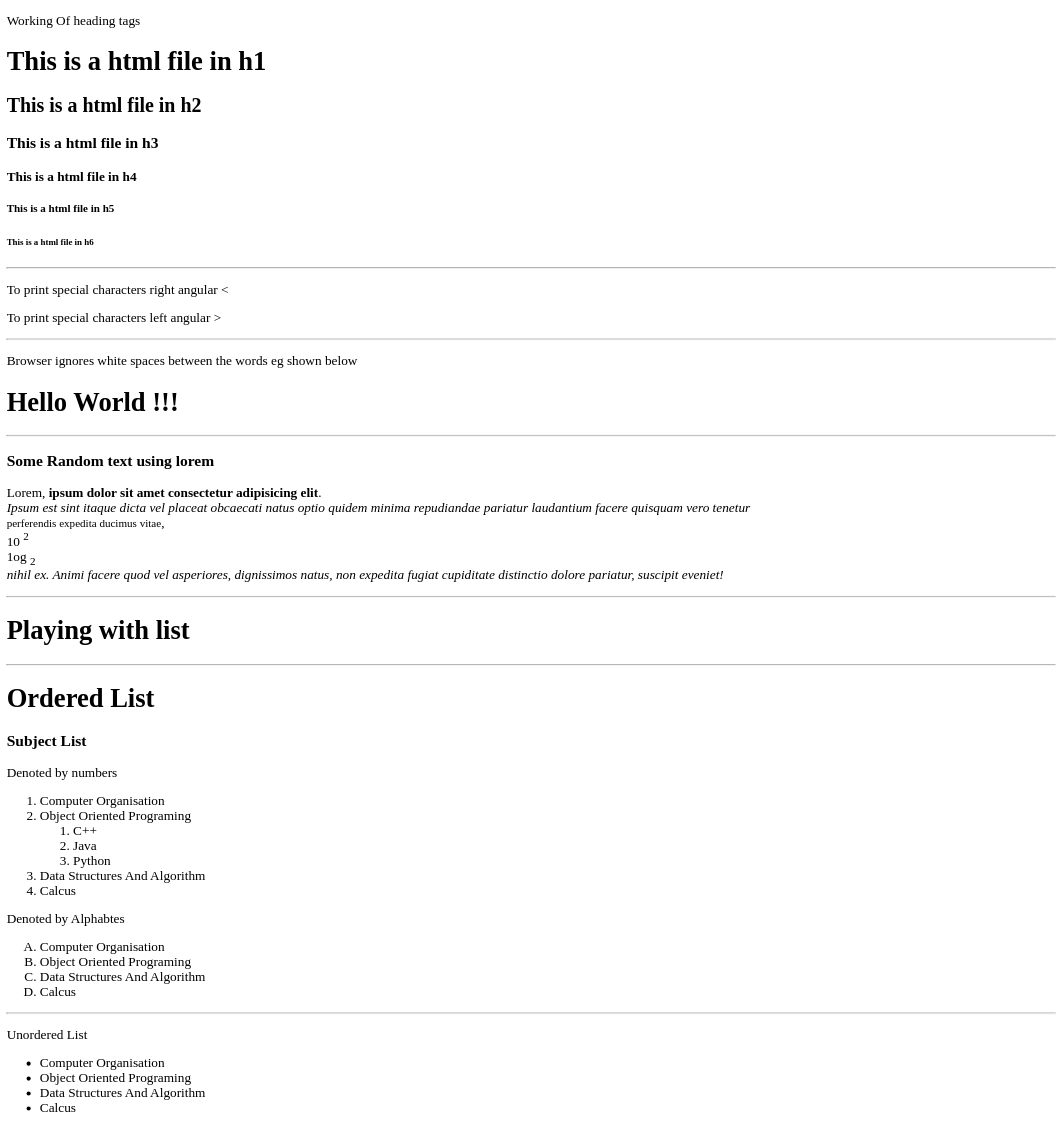
Repository: Datta2901/Basic-Html
Page: HTML.html
These files come from the project's save history. The page is drawn as it stood at one moment and after a run of saves; the edit follows.
The browser window is 1280 px wide. The pictures show the whole page, at 83% of full size.

Above is the page before, as saved 2021-01-11 15:54:02.

After the next 2 saves:
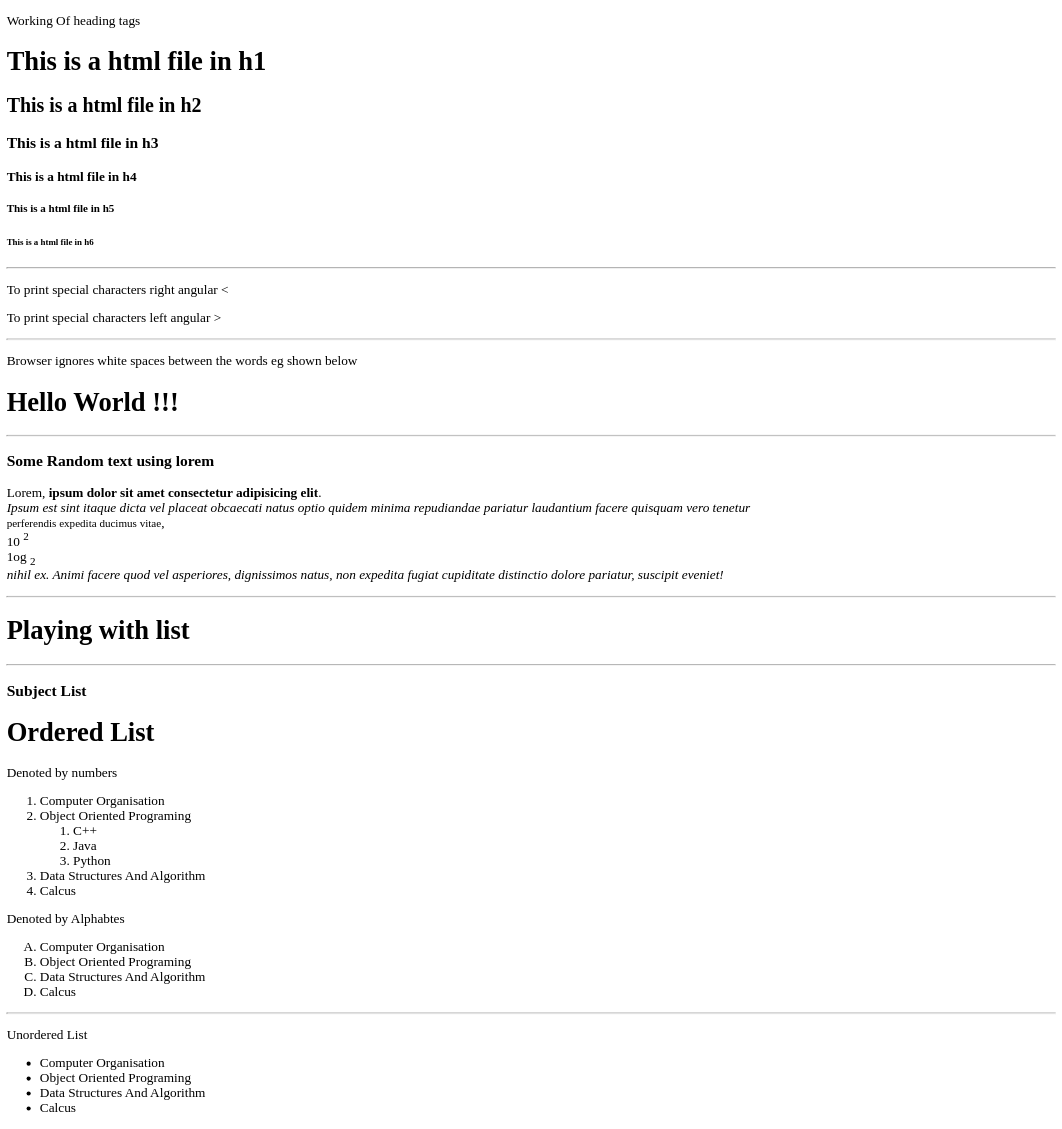
The 2 saves are shown as one change because they came seconds apart.
The last was saved 24 s later.
--- a/HTML.html
+++ b/HTML.html
@@ -35,8 +35,9 @@
 
         <h1>Playing with list</h1>
         <hr>
+        <h3>Subject List</h3>
         <h1>Ordered List</h1>
-        <h3>Subject List</h3>
+
         <p>Denoted by numbers</p>
         <ol>
             <li>Computer Organisation</li>
